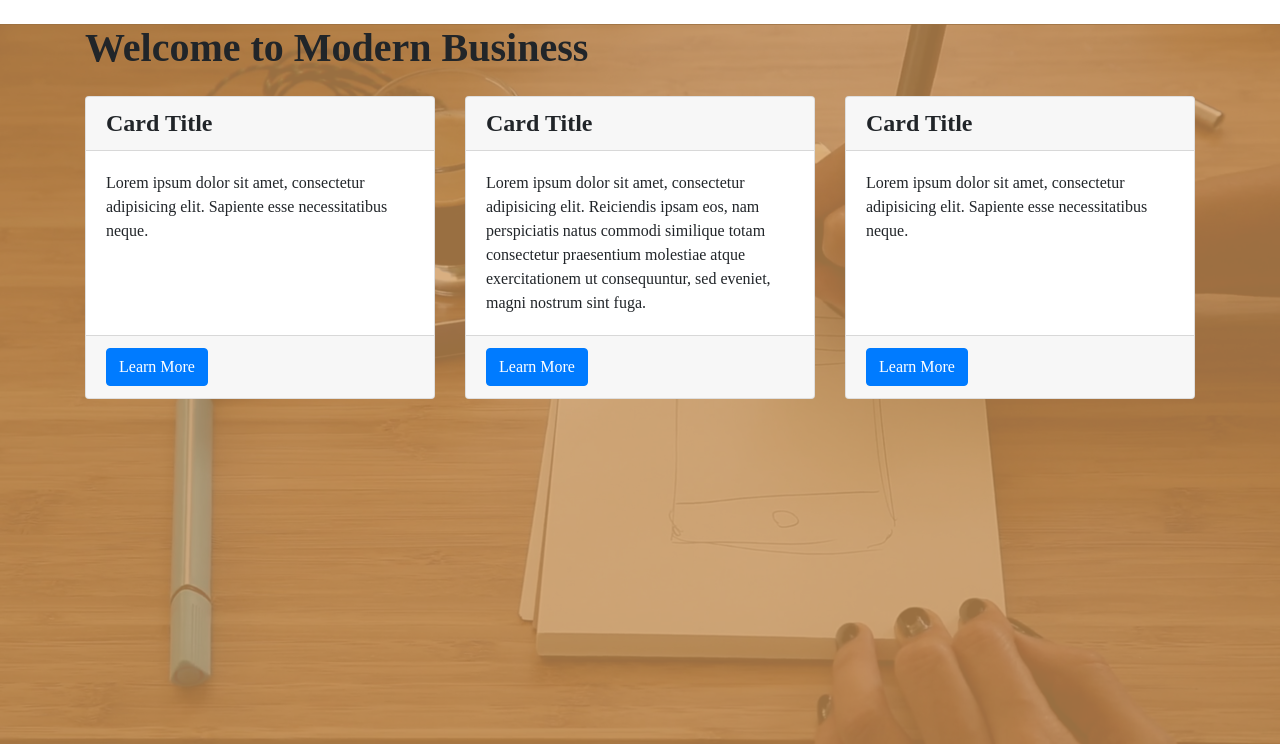
Repository: Guruscode/mega-list
Page: http://localhost/list.php
The author's editor kept a copy of each file at every save. The page is drawn from the files as they stood at one save, then again after the next save.
The browser window is 1280 px wide. The pictures show the whole page.
Some web fonts or font styles are not loaded; a fallback is used. The page is run by PHP 8.4 with error messages shown; the project is at /var/www/html/.

Above is the page before, as saved 2018-02-22 21:21:23.
Console error: TypeError: Cannot read properties of undefined (reading 'fn')

### list.php
<!DOCTYPE html>
<html lang="en">
<head>
    <meta charset="UTF-8">
    <meta name="viewport" content="width=device-width, initial-scale=1.0">
    <meta http-equiv="X-UA-Compatible" content="ie=edge">

    <link rel="stylesheet" href="css/bootstrap.min.css">
    <link href="css/welcome.min.css" rel="stylesheet">
    <link href="https://fonts.googleapis.com/css?family=Source+Sans+Pro:200,200i,300,300i,400,400i,600,600i,700,700i,900,900i" rel="stylesheet">
    <link href="https://fonts.googleapis.com/css?family=Merriweather:300,300i,400,400i,700,700i,900,900i" rel="stylesheet">
    <link href="vendor/font-awesome/css/font-awesome.min.css" rel="stylesheet">
    <title>Anakle: For Anakle</title>
</head>
<body>

        <div class="overlay"></div>

        <div class="container">

            <h1 class="my-4">Welcome to Modern Business</h1>

            <!-- Marketing Icons Section -->
            <div class="row">
            <div class="col-lg-4 mb-4">
                <div class="card h-100">
                <h4 class="card-header">Card Title</h4>
                <div class="card-body">
                    <p class="card-text">Lorem ipsum dolor sit amet, consectetur adipisicing elit. Sapiente esse necessitatibus neque.</p>
                </div>
                <div class="card-footer">
                    <a href="#" class="btn btn-primary">Learn More</a>
                </div>
                </div>
            </div>
            <div class="col-lg-4 mb-4">
                <div class="card h-100">
                <h4 class="card-header">Card Title</h4>
                <div class="card-body">
                    <p class="card-text">Lorem ipsum dolor sit amet, consectetur adipisicing elit. Reiciendis ipsam eos, nam perspiciatis natus commodi similique totam consectetur praesentium molestiae atque exercitationem ut consequuntur, sed eveniet, magni nostrum sint fuga.</p>
                </div>
                <div class="card-footer">
                    <a href="#" class="btn btn-primary">Learn More</a>
                </div>
                </div>
            </div>
            <div class="col-lg-4 mb-4">
                <div class="card h-100">
                <h4 class="card-header">Card Title</h4>
                <div class="card-body">
                    <p class="card-text">Lorem ipsum dolor sit amet, consectetur adipisicing elit. Sapiente esse necessitatibus neque.</p>
                </div>
                <div class="card-footer">
                    <a href="#" class="btn btn-primary">Learn More</a>
                </div>
                </div>
            </div>
            </div>
            <!-- /.row -->

</div>

<script src="js/bootstrap.min.js"></script>
<script src="js/jquery-3.3.1.min.js"></script>
<script src="js/bootstrap.bundle.min.js"></script>
<script src="js/jquery.vide.min.js"></script>
<script src="js/welcome.min.js"></script>




</body>
</html>

### js/welcome.min.js
!function(p){"use strict";p("body").vide({mp4:"mp4/bg.mp4",poster:"img/bg-mobile-fallback.jpg"},{posterType:"jpg"})}(jQuery);

Loaded but not shown: css/bootstrap.min.css (library); css/welcome.min.css (common file); js/bootstrap.min.js (library); js/jquery-3.3.1.min.js (library); js/bootstrap.bundle.min.js (library); js/jquery.vide.min.js (library)

After the next save:
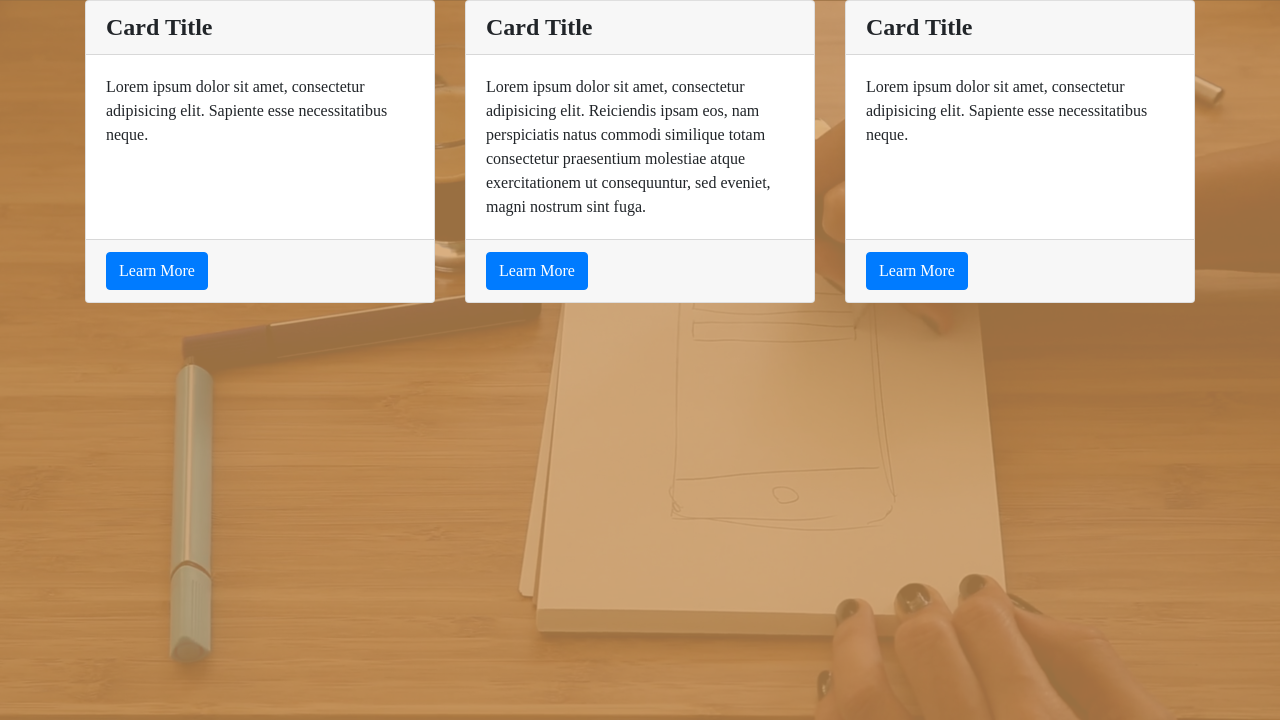
Saved 14 s later.
--- a/list.php
+++ b/list.php
@@ -18,7 +18,7 @@
 
         <div class="container">
 
-            <h1 class="my-4">Welcome to Modern Business</h1>
+            <!-- <h1 class="my-4">Welcome to Modern Business</h1> -->
 
             <!-- Marketing Icons Section -->
             <div class="row">
